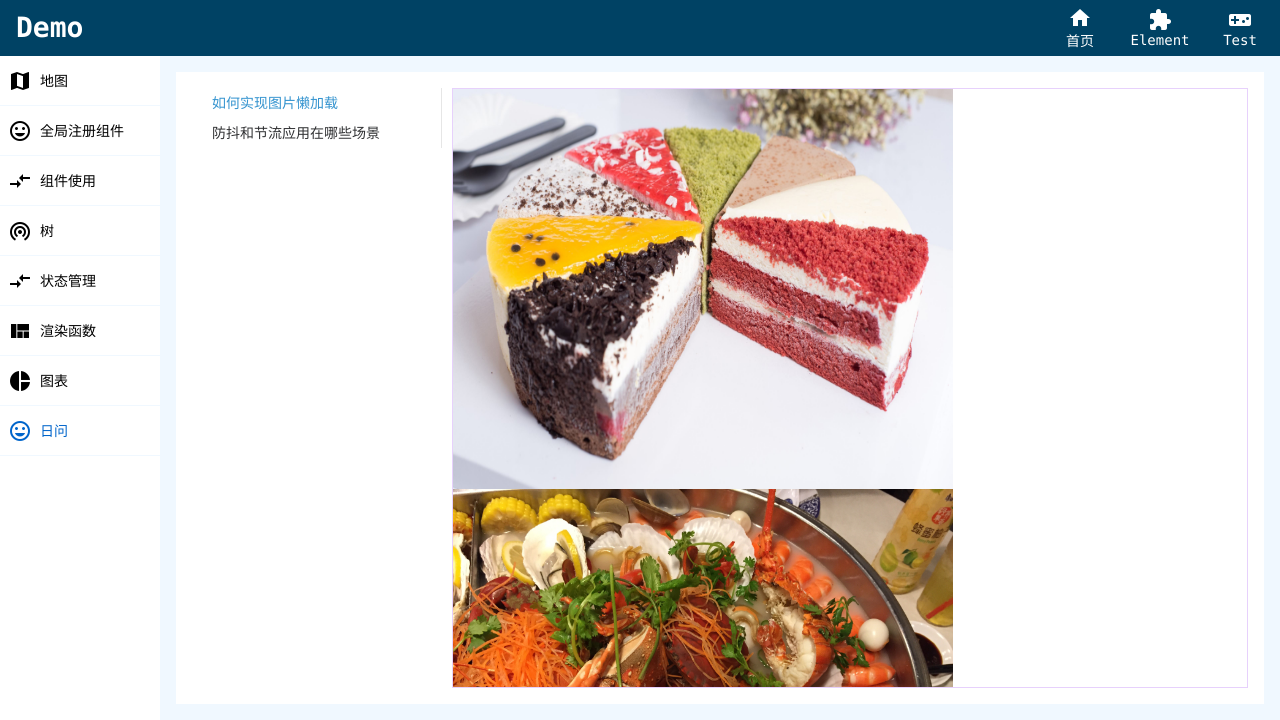
Repository: zh-webliker/element-vue
Page: /lazyLoadingInmg
An editor plug-in stored every save of this project. The page is shown before and after the next save, followed by the edit.
The browser window is 1280 px wide. The pictures show the whole page.
An inner scrolling area shows only its first screen. The project was rebuilt for these pictures with package versions that can differ from the ones it lists, and the page was loaded fresh each time. Also part of the build but not shown: vue.config.js, src/components/baseComponts/Basebutton.vue, src/components/baseComponts/Basetitle.vue. Imported but missing from the stored project, and not drawn on this page: src/json/contour, src/json/hl.

Above is the page before, as saved 2020-10-09 17:55:42.

After the next save:
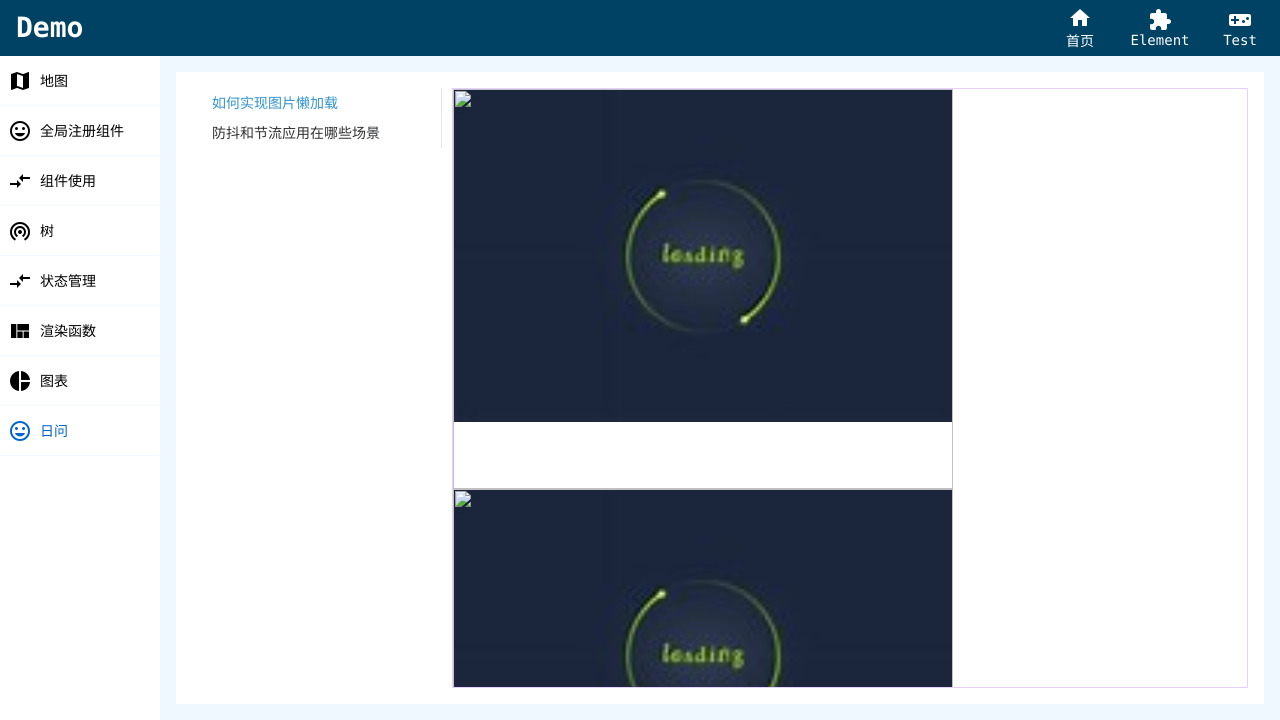
Saved 11 s later.
--- a/src/components/dailyQuestion/lazyLoadingInmg.vue
+++ b/src/components/dailyQuestion/lazyLoadingInmg.vue
@@ -29,8 +29,8 @@ export default {
     }
   },
   mounted () {
-    if ('' in window) {
-
+    if ('IntersectionObserver' in window) {
+      console.log(11)
     } else {
       this.bindScroll()
       const scrollbar = this.$refs.scrollbar.wrap
